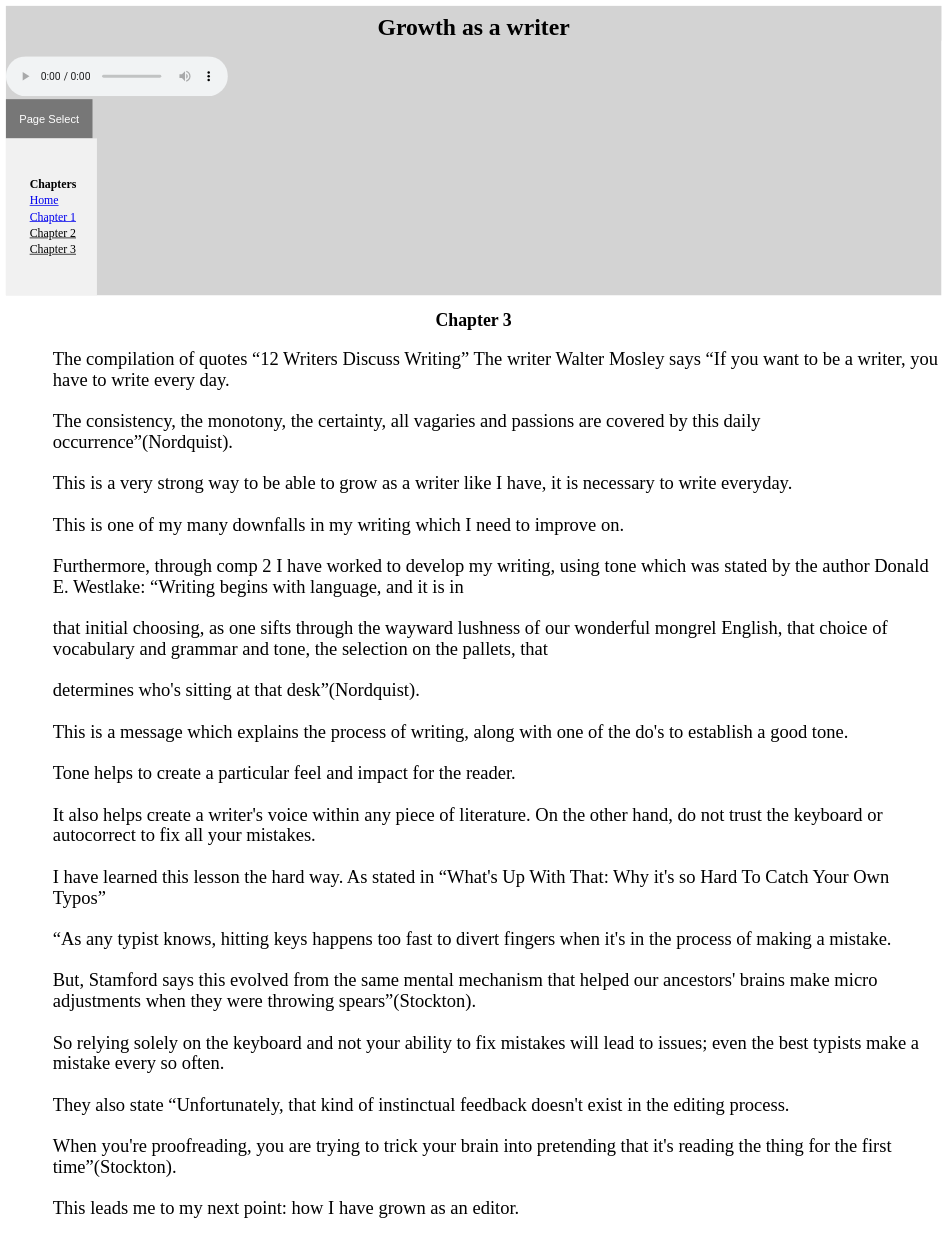
Repository: jpaisiem/WP-4
Page: Chapter3.html
These files come from the project's save history. The page is drawn as it stood at one moment and after the next save; the edit follows.
The browser window is 1280 px wide. The pictures show the whole page, at 74% of full size.

Above is the page before, as saved 2025-05-01 11:54:15.
Console error: TypeError: Cannot read properties of undefined (reading 'toggle')

### Chapter3.html
<!DOCTYPE html>
<html>
<head>
<meta name="viewport" content="width=device-width, initial-scale=1">
<style>
.collapsible {
  background-color: #777;
  color: white;
  cursor: pointer;
  padding: 18px;
  width: fit-content;
  border: none;
  text-align: left;
  outline: none;
  font-size: 15px;
}

.active, .collapsible:hover {
  background-color: #555;
}

.content {
  display: flex;
  flex-direction: column;
  overflow: hidden;
  background-color: #f1f1f1;
  width: fit-content;
  height: fit-content;
  padding-left: 2.3%;
  padding-right: 2%;
}
p
{
 font-size: 25px;
 text-align: left;
 margin-left: 5%;
}
</style>
<title>Growth as a writer - Chapter 3</title>
</head>
<body>
    <div style="background-color: lightgray; display: flex; flex-direction: column; margin-top: 0%;">
        <h1 style="text-align: center; background-color: lightgray; padding-top: 10px; margin-top: 0%;">Growth as a writer</h1>
        <div style="align-items: center;">
        <audio controls>
            <source src="audio.mp3" type="audio/mpeg">
        </audio>
        </div>
<button type="button" class="collapsible">Page Select</button>
<div class="content">
  <p><table>
    <tr>
        <th>Chapters</th>
    </tr>
    <tr>
        <td><a href="index.html">Home</a></td>
    </tr>
    <tr>
        <td><a href="Chapter1.html">Chapter 1</a></td>
    </tr>
     <tr>
        <td><a href="Chapter2.html" style="color: black;">Chapter 2</a></td>
    </tr>
    <tr>
        <td><a href="Chapter3.html" style="color: black;">Chapter 3</a></td>
    </tr>
  </table></p>
</div>
    </div>
<div style="text-align: center;">
     <h2 style="text-align: center;">Chapter 3</h2>
     <p> The compilation of quotes <q>12 Writers Discuss Writing</q> The writer Walter Mosley says <q>If you want to be a writer, you have to write every day. <br><br>
      The consistency, the monotony, the certainty, all vagaries and passions are covered by this daily occurrence</q>(Nordquist). <br><br>
      This is a very strong way to be able to grow as a writer like I have, it is necessary to write everyday. <br><br>
      This is one of my many downfalls in my writing which I need to improve on. <br><br>
      Furthermore, through comp 2 I have worked to develop my writing, using tone which was stated by the author Donald E. Westlake:  <q>Writing begins with language, and it is in <br><br>that initial choosing, as one sifts through the wayward lushness of our wonderful mongrel English, that choice of vocabulary and grammar and tone, the selection on the pallets, that <br><br>determines who&apos;s sitting at that desk</q>(Nordquist). <br><br>
      This is a message which explains the process of writing, along with one of the do's to establish a good tone.<br><br>
       Tone helps to create a particular feel and impact for the reader.<br><br>
        It also helps create a writer's voice within any piece of literature. On the other hand, do not trust the keyboard or autocorrect to fix all your mistakes. <br><br>
        I have learned this lesson the hard way.  As stated in <q>What's Up With That:  Why it's so Hard To Catch Your Own Typos</q> <br><br> <q>As any typist knows, hitting keys happens too fast to divert fingers when it&apos;s in the process of making a mistake.
        <br><br>
        But, Stamford says this evolved from the same mental mechanism that helped our ancestors' brains make micro adjustments when they were throwing spears</q>(Stockton). <br><br>
        So relying solely on the keyboard and not your ability to fix mistakes will lead to issues; even the best typists make a mistake every so often. <br><br>
        They also state <q>Unfortunately, that kind of instinctual feedback doesn&apos;t exist in the editing process. <br><br>
        When you&apos;re proofreading, you are trying to trick your brain into pretending that it&apos;s reading the thing for the first time</q>(Stockton).<br><br>
        This leads me to my next point: how I have grown as an editor. <br><br>
</p>
</div>
<script>
var coll = document.getElementsByClassName("collapsible");
var i;

for (i = 0; i < coll.length; i++) {
  coll[i].addEventListener("click", function() {
    this.classList.toggle("active");
    var content = this.nextElementSibling;
    if (content.style.display === "block") {
      content.style.display = "none";
    } else {
      content.style.display = "block";
    }
  });
}
if(location.reload){
    this.classList.toggle("collapsible");
}
</script>

</body>
</html>

After the next save:
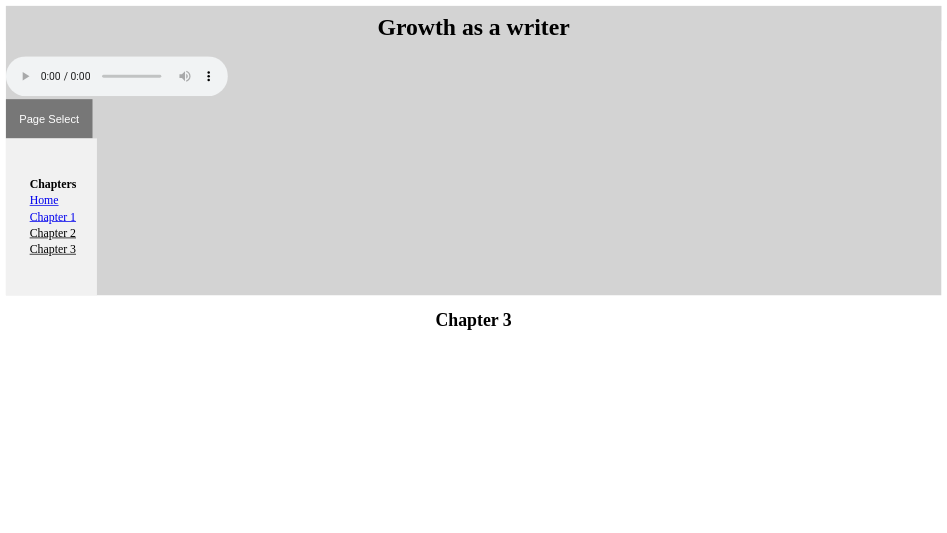
Saved 26 s later.
--- a/Chapter3.html
+++ b/Chapter3.html
@@ -69,21 +69,8 @@ p
     </div>
 <div style="text-align: center;">
      <h2 style="text-align: center;">Chapter 3</h2>
-     <p> The compilation of quotes <q>12 Writers Discuss Writing</q> The writer Walter Mosley says <q>If you want to be a writer, you have to write every day. <br><br>
-      The consistency, the monotony, the certainty, all vagaries and passions are covered by this daily occurrence</q>(Nordquist). <br><br>
-      This is a very strong way to be able to grow as a writer like I have, it is necessary to write everyday. <br><br>
-      This is one of my many downfalls in my writing which I need to improve on. <br><br>
-      Furthermore, through comp 2 I have worked to develop my writing, using tone which was stated by the author Donald E. Westlake:  <q>Writing begins with language, and it is in <br><br>that initial choosing, as one sifts through the wayward lushness of our wonderful mongrel English, that choice of vocabulary and grammar and tone, the selection on the pallets, that <br><br>determines who&apos;s sitting at that desk</q>(Nordquist). <br><br>
-      This is a message which explains the process of writing, along with one of the do's to establish a good tone.<br><br>
-       Tone helps to create a particular feel and impact for the reader.<br><br>
-        It also helps create a writer's voice within any piece of literature. On the other hand, do not trust the keyboard or autocorrect to fix all your mistakes. <br><br>
-        I have learned this lesson the hard way.  As stated in <q>What's Up With That:  Why it's so Hard To Catch Your Own Typos</q> <br><br> <q>As any typist knows, hitting keys happens too fast to divert fingers when it&apos;s in the process of making a mistake.
-        <br><br>
-        But, Stamford says this evolved from the same mental mechanism that helped our ancestors' brains make micro adjustments when they were throwing spears</q>(Stockton). <br><br>
-        So relying solely on the keyboard and not your ability to fix mistakes will lead to issues; even the best typists make a mistake every so often. <br><br>
-        They also state <q>Unfortunately, that kind of instinctual feedback doesn&apos;t exist in the editing process. <br><br>
-        When you&apos;re proofreading, you are trying to trick your brain into pretending that it&apos;s reading the thing for the first time</q>(Stockton).<br><br>
-        This leads me to my next point: how I have grown as an editor. <br><br>
+     <p>
+
 </p>
 </div>
 <script>
